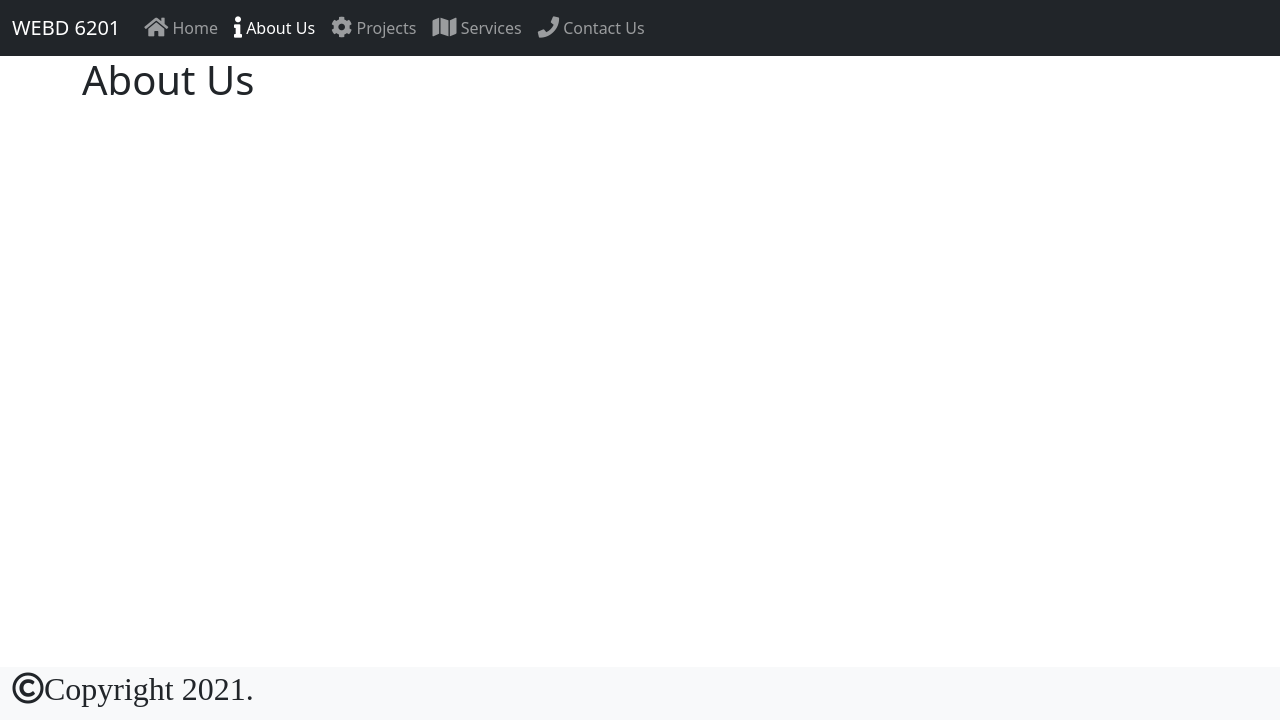
Repository: vans12345678/WEBD6201-W2021-Week3
Page: contact-list.html
An editor plug-in stored every save of this project. The page is shown before and after the next save, followed by the edit.
The browser window is 1280 px wide. The pictures show the whole page.

Above is the page before, as saved 2021-01-28 09:33:15.

### contact-list.html
<!DOCTYPE html>
<html lang="en">
<head>
    <meta charset="UTF-8">
    <meta name="viewport" content="width=device-width, initial-scale=1.0">
    <title>About Us</title>

    <!-- CSS Section -->
    <link rel="stylesheet" href="./node_modules/bootstrap/dist/css/bootstrap.min.css">
    <link rel="stylesheet" href="./node_modules/@fortawesome/fontawesome-free/css/all.min.css">
    <link rel="stylesheet" href="./Content/app.css">
</head>
<body>
  <!-- Main Header -->
    <header>
      <!-- Main Navigation -->
        <nav class="navbar navbar-expand-lg navbar-dark bg-dark">
            <div class="container-fluid">
              <a class="navbar-brand" href="index.html">WEBD 6201</a>
              <button class="navbar-toggler" type="button" data-bs-toggle="collapse" data-bs-target="#navbarSupportedContent" aria-controls="navbarSupportedContent" aria-expanded="false" aria-label="Toggle navigation">
                <span class="navbar-toggler-icon"></span>
              </button>
              <div class="collapse navbar-collapse" id="navbarSupportedContent">
                <ul class="navbar-nav me-auto mb-2 mb-lg-0">
                  <li class="nav-item">
                    <a class="nav-link" aria-current="page" href="index.html"><i class="fas fa-home fa-lg"></i> Home</a>
                  </li>

                  <li class="nav-item">
                    <a class="nav-link active" aria-current="page" href="about.html"><i class="fas fa-info fa-lg"></i> About Us</a>
                  </li>

                  <li class="nav-item">
                    <a class="nav-link" aria-current="page" href="projects.html"><i class="fas fa-cog fa-lg"></i> Projects</a>
                  </li>

                  <li class="nav-item">
                    <a class="nav-link" aria-current="page" href="services.html"><i class="fas fa-map fa-lg"></i> Services</a>
                  </li>

                  <li class="nav-item">
                    <a class="nav-link" aria-current="page" href="contact.html"><i class="fas fa-phone fa-lg"></i> Contact Us</a>
                  </li>
                </ul>
              </div>
            </div>
          </nav>
    </header>
  <!-- Main Contents -->
    <main class="container">
        <h1>About Us</h1>
    </main>
    <!-- Main Footer -->
    <footer>
        <nav class="navbar fixed-bottom navbar-light bg-light">
            <div class="container-fluid">
                <h4><i class="far fa-copyright fa-lg">Copyright 2021.</i></h4>
            </div>
          </nav>
    </footer>
    <!-- Script Section -->
    <script src="./node_modules/jquery/dist/jquery.min.js"></script>
    <script src="./node_modules/bootstrap/dist/js/bootstrap.bundle.min.js"></script>
    <script src="./Scripts/app.js"></script>
</body>
</html>

### Scripts/app.js
/* Custom JavaScript goes here */

//IIFE - Immediately Invoked Function Expression
//AKA - Anonymous Self-Executing Function
//Closure - limits scope leak

"use strict";

// let myContact = {
//     "firstName":"Tom Smith",
//     "contactNumber":"4165555555",
//     "emailAddress": "tom.smith@dcmail.ca",
//     "saysHello": function()
//     {
//         console.log(`${fullName} says Hello!`);
//     },
//     "someOtherObject":{
//         "friendsList":[
//             "Peter Parker", "Tony Stark", "Stephen Strange"
//         ]
//     }
// };


(function(){

    function displayHome()
    {

        let paragraphOneText = "This is a simple site to demonstrate DOM Manipulation for ICE 1";
        let paragraphOneElement = document.getElementById("paragraphOne");

        paragraphOneElement.textContent = paragraphOneText;
        //paragraphOneElement.style = "color: blue; font-weight: bold;";
        paragraphOneElement.className = "fs-5 fw-bold text-center";

        //Step 1. document.createElement
        let newParagraph = document.createElement("p");
        //Step 2. Configure the element
        newParagraph.setAttribute("id", "paragraphTwo");
        newParagraph.textContent = "... And this is paragraph two";
        //Step 3. Select parent element
        let mainContent = document.getElementsByTagName("main")[0];
        //Step 4. Add / Insert the element
        mainContent.appendChild(newParagraph);

        newParagraph.className = "fs-6";

        //Another way of injecting content`
        let paragraphDiv = document.createElement('div');
        let paragraphThree =  `<p id = "paragraphThree" class = "fs-7 fw-bold">...And this is the Third paragraph</p>`;
        paragraphDiv.innerHTML = paragraphThree;
        // mainContent.innerHTML = paragraphThree;
        // console.log(paragraphOneElement);

        //insertion before node
        //newParagraph.before(paragraphDiv);

        //insertion after node
        newParagraph.after(paragraphDiv);

        //deletions
        //example of removing a single element
        //paragraphOneElement.remove();

        //example of removeChild
        //mainContent.removeChild(paragraphOneElement);

        //update / modification
        //mainContent.firstElementChild.textContent = "Welcome home";

        mainContent.innerHTML =
        `<h1 id = "firstHeading">Welcome to WEBD6201 - Lab 1</h1>
        <p id = "paragraphOne" class = "fs-3 fw-bold">This is my first paragraph</p>
        `;

    }
    function displayAbout()
    {

    }
    function displayProjects()
    {

    }
    function displayServices()
    {

    }
    function displayContact()
    {

        let messageArea = document.getElementById("messageArea");
        messageArea.hidden = true;

        //form validation
        let fullName = document.getElementById("fullName");
        fullName.addEventListener("blur", function()
        {
            if(fullName.value.length < 2)
            {
                fullName.focus();
                fullName.select();
                messageArea.hidden = false;
                messageArea.className = "alert alert-danger";
                messageArea.textContent = "Please enter an appropriate name > 2 characters";
            }
            else
            {
                messageArea.removeAttribute("class");
                messageArea.hidden = true;
            }

            let sendButton = document.getElementById("sendButton");
            sendButton.addEventListener("click", function(event)
            {
                //event.preventDefault();
                // //Displays twice?
                // console.log(fullName.value);
                // console.log(contactNumber.value);
                // console.log(emailAddress.value);

                let contact = new Contact(fullName.value,contactNumber.value, emailAddress.value);

                //console.log(contact.serialize());
                if(contact.serialize())
                {
                    localStorage.setItem((localStorage.length + 1).toString(),contact.serialize());
                }

                fullName.value = "";
                contactNumber = "";
                emailAddress = "";

            })
        })
    }
    function Start()
    {
        console.log("App Started...");

        switch(document.title)
        {
            case "Home":
                displayHome();
                break;
            case "About":
                displayAbout();
                break;
            case "Projects":
                displayProjects();
                break;
            case "Services":
                displayServices();
                break;
            case "Contact Us":
                displayContact();
                break;
        }


    }

    window.addEventListener("load", Start);

})();

### Scripts/contact.js
"use strict";
class Contact {
    //Getters and setters
    get FullName() {
        return this.m_fullName;
    }
    set FullName(value) {
        this.m_fullName = value;
    }
    get ContactNumber() {
        return this.m_contactNumber;
    }
    set ContactNumber(value) {
        this.m_contactNumber = value;
    }
    get EmailAddress() {
        return this.m_emailAddress;
    }
    set EmailAddress(value) {
        this.m_emailAddress = value;
    }
    /**
     *
     * @param {string} fullName
     * @param {string} contactNumber
     * @param {string} emailAddress
     */
    constructor(fullName, contactNumber, emailAddress) {
        this.FullName = fullName;
        this.ContactNumber = contactNumber;
        this.EmailAddress = emailAddress;
    }
    //Methods
    toString() {
        return  `Full Name     : ${this.FullName}
                Contact Number: ${this.ContactNumber}
                Email Address : ${this.EmailAddress}`;
    }

    /**
     *This method overrides the built-in toString() method for Contact class
     *
     * @return {*}
     * @memberof Contact
     */
    toString()
    {
        return `Full Name       : ${this.FullName} \nContactNumber       : ${this.ContactNumber}
        \nEmailAddress       :${this.EmailAddress}`;
    }
    /**
     *This method returns a JSON object made up of the properties of the Contact class
     *
     * @return {Object}
     * @memberof Contact
     */
    toJSON()
    {
        return{
            "fullName": this.FirstName,
            "contactNumber": this.ContactNumber,
            "emailAddress": this.EmailAddress
        }
    }
    /**
     *
     *This method returns the Contact into a comma-separated value string
     * @return {string}
     * @memberof Contact
     */
    serialize()
    {
        if(this.FullName !== "" && this.ContactNumber !== "" && this.EmailAddress !== "")
        {
            return `${this.FullName}, ${this.ContactNumber}, ${this.EmailAddress}`;
        }
        else
        {
            console.error("One or more properties of the Contact is empty");
            return null;
        }

    }
    /**
     *This method takes a comma-separated data string assigns values to the Contact class properties
     *
     * @param {string} data
     * @returns {void}
     * @memberof Contact
     */
    deserialize(data)
    {
        let propertyArray = data.split(",");
        this.FullName = propertyArray[0];
        this.ContactNumber = propertyArray[1];
        this.EmailAddress = propertyArray[2];

    }
}

Loaded but not shown: node_modules/bootstrap/dist/css/bootstrap.min.css (library); node_modules/@fortawesome/fontawesome-free/css/all.min.css (library); Content/app.css (common file); node_modules/jquery/dist/jquery.min.js (library); node_modules/bootstrap/dist/js/bootstrap.bundle.min.js (library)

After the next save:
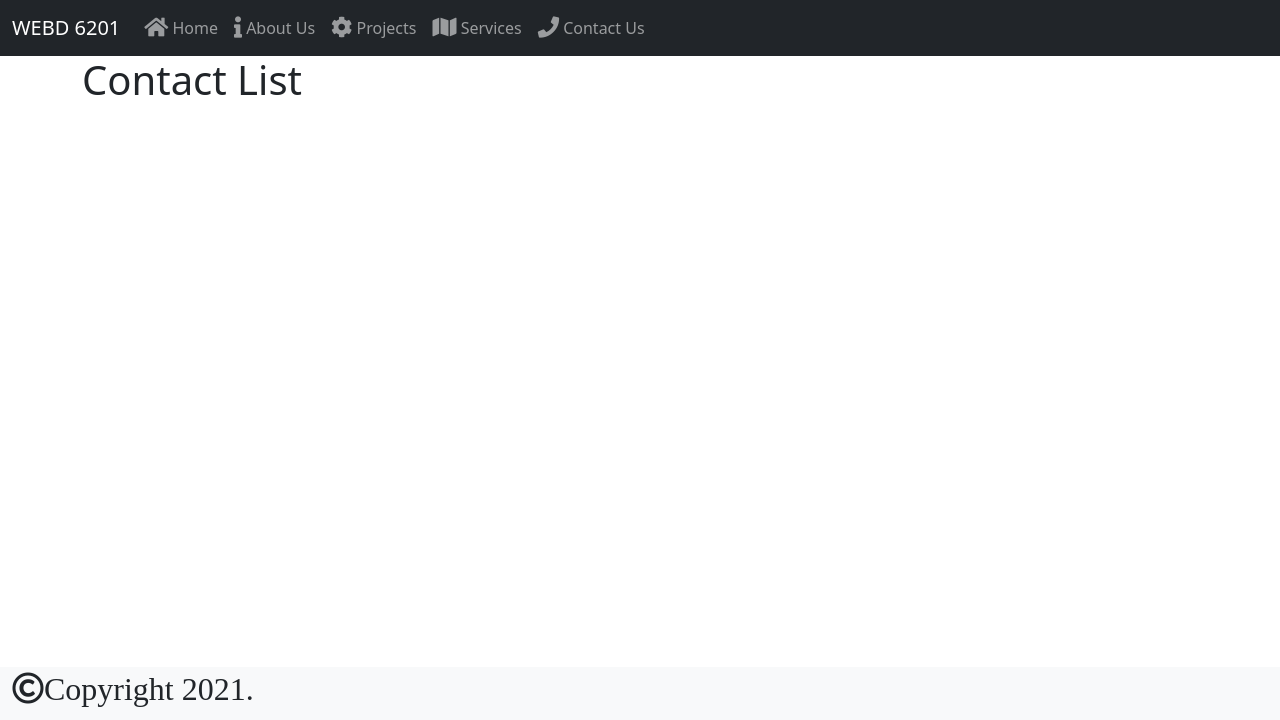
Saved 71 s later.
--- a/contact-list.html
+++ b/contact-list.html
@@ -3,7 +3,7 @@
 <head>
     <meta charset="UTF-8">
     <meta name="viewport" content="width=device-width, initial-scale=1.0">
-    <title>About Us</title>
+    <title>Contact List</title>
 
     <!-- CSS Section -->
     <link rel="stylesheet" href="./node_modules/bootstrap/dist/css/bootstrap.min.css">
@@ -27,7 +27,7 @@
                   </li>
 
                   <li class="nav-item">
-                    <a class="nav-link active" aria-current="page" href="about.html"><i class="fas fa-info fa-lg"></i> About Us</a>
+                    <a class="nav-link" aria-current="page" href="about.html"><i class="fas fa-info fa-lg"></i> About Us</a>
                   </li>
 
                   <li class="nav-item">
@@ -48,7 +48,7 @@
     </header>
   <!-- Main Contents -->
     <main class="container">
-        <h1>About Us</h1>
+        <h1>Contact List</h1>
     </main>
     <!-- Main Footer -->
     <footer>
@@ -61,6 +61,7 @@
     <!-- Script Section -->
     <script src="./node_modules/jquery/dist/jquery.min.js"></script>
     <script src="./node_modules/bootstrap/dist/js/bootstrap.bundle.min.js"></script>
+    <script src="./Scripts/contact.js"></script>
     <script src="./Scripts/app.js"></script>
 </body>
 </html>
